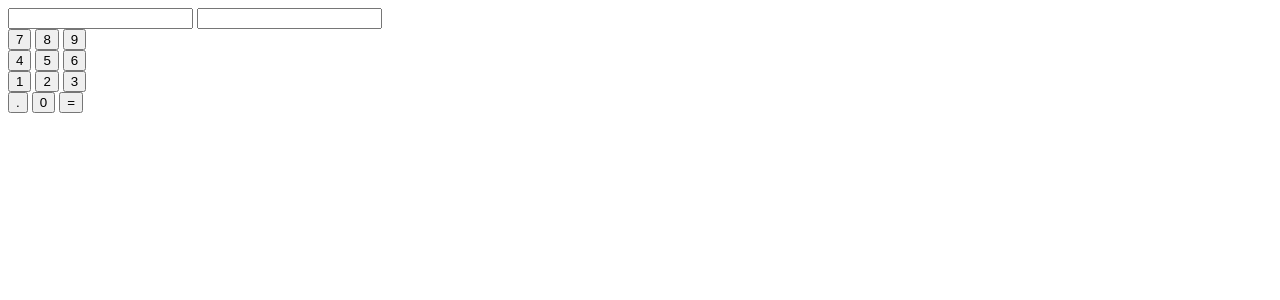
Repository: DNature/calc
Page: index.html
An editor plug-in stored every save of this project. The page is shown before and after the next save, followed by the edit.
The browser window is 1280 px wide. The pictures show the whole page.

Above is the page before, as saved 2019-11-20 23:08:35.

### index.html
<!DOCTYPE html>
<html lang="en">
  <head>
    <meta charset="UTF-8" />
    <meta name="viewport" content="width=device-width, initial-scale=1.0" />
    <meta http-equiv="X-UA-Compatible" content="ie=edge" />
    <link rel="stylesheet" href="css/style.css" />
    <title>Calculator</title>
  </head>
  <body>
    <div class="calculator">
      <div class="output">
        <input type="number" id="subField" />
        <input type="number" id="mainField" />
      </div>

      <div class="inputs">
        <div class="row">
          <button id="" class="numbers">7</button>
          <button id="" class="numbers">8</button>
          <button id="" class="numbers">9</button>
        </div>
        <div class="row">
          <button id="" class="numbers">4</button>
          <button id="" class="numbers">5</button>
          <button id="" class="numbers">6</button>
        </div>
        <div class="row">
          <button id="" class="numbers">1</button>
          <button id="" class="numbers">2</button>
          <button id="" class="numbers">3</button>
        </div>
        <div class="row">
          <button id="" class="numbers">.</button>
          <button id="" class="numbers">0</button>
          <button id="" class="numbers">=</button>
        </div>
      </div>
    </div>
    <script src="./js/index.js"></script>
  </body>
</html>

Loaded but not shown: css/style.css (no stored copy; drawn as an empty file); js/index.js (no stored copy; drawn as an empty file)

After the next save:
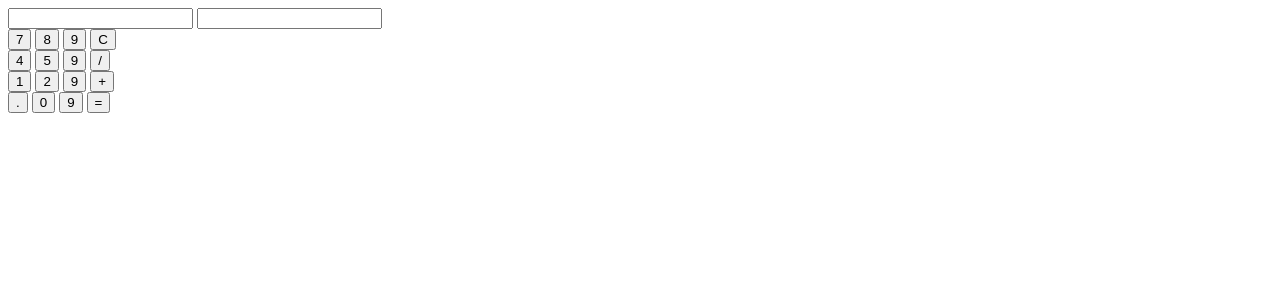
Saved 4 min 31 s later.
--- a/index.html
+++ b/index.html
@@ -19,20 +19,24 @@
           <button id="" class="numbers">7</button>
           <button id="" class="numbers">8</button>
           <button id="" class="numbers">9</button>
+          <button id="" class="numbers">C</button>
         </div>
         <div class="row">
           <button id="" class="numbers">4</button>
           <button id="" class="numbers">5</button>
-          <button id="" class="numbers">6</button>
+          <button id="" class="numbers">9</button>
+          <button id="" class="numbers">/</button>
         </div>
         <div class="row">
           <button id="" class="numbers">1</button>
           <button id="" class="numbers">2</button>
-          <button id="" class="numbers">3</button>
+          <button id="" class="numbers">9</button>
+          <button id="" class="numbers">+</button>
         </div>
         <div class="row">
           <button id="" class="numbers">.</button>
           <button id="" class="numbers">0</button>
+          <button id="" class="numbers">9</button>
           <button id="" class="numbers">=</button>
         </div>
       </div>
